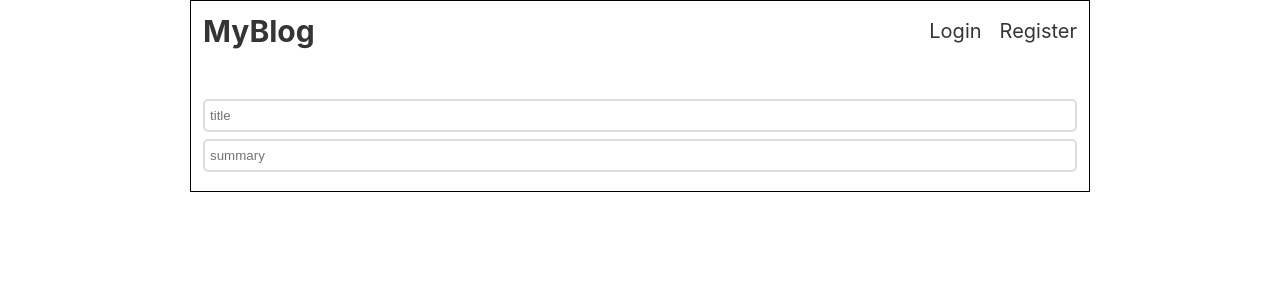
Repository: ateeque-219/BlogApp
Page: /create (app in blogapp/)
An editor plug-in stored every save of this project. The page is shown before and after a run of saves, followed by the edit.
The browser window is 1280 px wide. The pictures show the whole page.
The page's requests for data from a server got no answer. The project was rebuilt for these pictures with package versions that can differ from the ones it lists, and the page was loaded fresh each time. No one was signed in, and anything a server would have sent is missing. Also part of the build but not shown: blogapp/src/Post.js, blogapp/src/pages/Indexpage.js, blogapp/src/pages/LoginPage.js, blogapp/src/pages/RegisterPage.js.

Above is the page before, as saved 2024-01-14 22:18:39.

### blogapp/src/index.js
import React from 'react';
import ReactDOM from 'react-dom/client';
import './index.css';
import App from './App';
import  { BrowserRouter } from "react-router-dom";

const root = ReactDOM.createRoot(document.getElementById('root'));
root.render(
  <React.StrictMode>
   <BrowserRouter>
   <App />
   </BrowserRouter>
  </React.StrictMode>
);

### blogapp/src/App.js

import { Route, Routes } from 'react-router';
import './App.css';
import Layoutt from './Layoutt';
import Indexpage from './pages/Indexpage';
import LoginPage from './pages/LoginPage';
import RegisterPage from './pages/RegisterPage';
import { UserContextProvider } from './UserContext';
import CreatePost from './pages/CreatePost';
function App() {
  return (
    <UserContextProvider>
      <Routes>
      <Route path="/" element={<Layoutt />}>
        <Route index element={<Indexpage />} />
        <Route path="/login" element={<LoginPage/>} />
        <Route path ="/register" element={<RegisterPage/>}/>
        <Route path ="/create" element={<CreatePost />}></Route>
      </Route>
    </Routes>
    </UserContextProvider>

  );
}

export default App;

### blogapp/src/App.css
*{
  box-sizing: border-box;
}
body{
  color: #353535;
}
img{
  max-width: 100%;
}
main{
  padding: 12px;
  max-width: 900px;
  margin:0 auto ;
  border: 1px solid black;
}
header{
 display: flex;
 justify-content: space-between;
 margin-bottom: 50px;
 align-items: center;
}
header a{
  text-decoration: none;
  color: inherit;
  font-size: 20px;
}
header a.logo{
  font-weight: bolder;
  font-size: 30px;
}
header nav{
  display: flex;
  gap: 18px;
}
div.post{
  display: flex;
  gap: 22px;
   margin-bottom: 44px;
}
div.texts{
  margin: 0;
  padding: 0;
}

.texts h2 {
  margin: 0;
}

.image {
  margin-top: 18px;
  width: 600px;
}
div.post p.info{
  margin: 5px 0;
  display: flex;
  gap: 5px;
  font-weight: bold;
  color: #888;
  font-size: 1rem;

}
div.post p.info a.author{
  color: #333;
}
div.post p.summary{
  margin:4px 0;
  line-height: 1.5rem;
}
form.login , form.register{
max-width: 450px;
  margin: 0 auto;
}
input{
 width: 100%;
 display: block;
 margin-bottom: 7px;
 padding: 7px 5px;
 background-color:#fff;
 border: 2.5px solid #ddd;
 border-radius: 5px;

}
button{
  width: 100%;
  display: block;
 margin-bottom: 7px;
 padding: 7px;
  background-color: rgb(32, 30, 30);
 border-radius: 5px;
 color: white;
}

.title{
  text-align: center;
}

### blogapp/src/Layoutt.js
import React from 'react'
import Head from './Head'
import { Outlet } from 'react-router-dom'
const Layoutt = () => {
  return (
    <main>
      <Head></Head>
      <Outlet/>
    </main>
  )
}

export default Layoutt

### blogapp/src/UserContext.js
import { createContext, useState } from 'react';
export const UserContext = createContext({});

export function UserContextProvider({ children }) {
  const [userinfo, setuserinfo] = useState({});

  return (
    <UserContext.Provider value={{ userinfo, setuserinfo }}>
      {children}
    </UserContext.Provider>
  );
}

### blogapp/src/pages/CreatePost.js
import React from 'react'

const CreatePost = () => {
  return (
    <form>
        <input type ="title" placeholder='title'/>
        <input type = 'summary' placeholder='summary' />
    </form>
  );
}

export default CreatePost

### blogapp/src/Head.js
import React, { useContext, useEffect, useState } from 'react'
import { Link } from 'react-router-dom';
import { UserContext } from './UserContext';
const Head = () => {
  // const ctx = useContext(UserContext);
  // const [userinfo,setuserinfo] = useState(ctx);
  const {setuserinfo , userinfo} = useContext(UserContext);
  useEffect(() => {
    fetch('http://localhost:4000/profile', {
      credentials: 'include',
    })
      .then(response => {
         return response.json();
      })
      .then(profileInfo => {
        console.log(profileInfo)
        setuserinfo(profileInfo);
      })
      .catch(error => {
        throw(error);
      });
  }, []);


function logout(){
   fetch('http://localhost:4000/logout',{
    credentials : 'include' ,
    method:'POST',
  });
  setuserinfo(null);
}

const username = userinfo?.username;
console.log('dasda',userinfo?.username);
  return (
    <div><header>
    <Link to="/" className="logo">MyBlog</Link>
    <nav>
      {username && (
        <>
        {console.log('3343')}
        <Link to ="create">create</Link>
        <a onClick={logout}>logout</a>
        </>
      )}
      {!username && (
        <>
        {console.log('3343')}
         <Link to="/login">Login</Link>
       <Link to="/register">Register</Link>
        </>
      )}
    </nav>
  </header></div>
  );
}
export default Head;

Loaded but not shown: blogapp/public/index.html (common file); blogapp/src/index.css (common file)

After the next 5 saves:
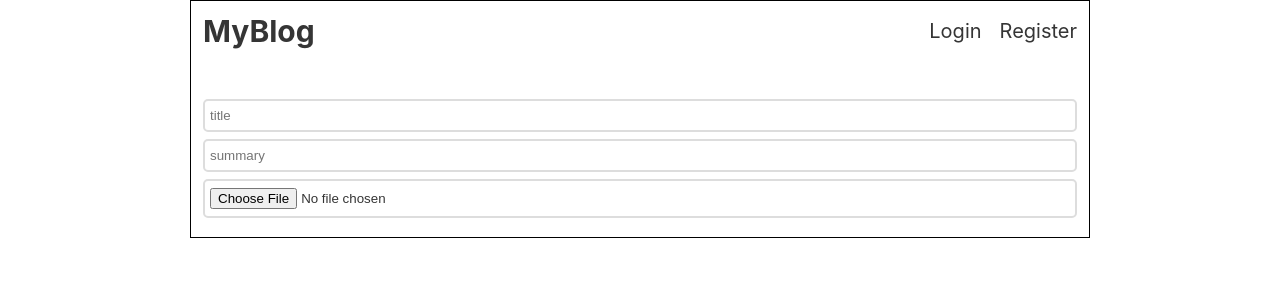
The 5 saves are shown as one change because they came seconds apart.
The last was saved 13 s later.
--- a/blogapp/src/pages/CreatePost.js
+++ b/blogapp/src/pages/CreatePost.js
@@ -5,6 +5,7 @@ const CreatePost = () => {
     <form>
         <input type ="title" placeholder='title'/>
         <input type = 'summary' placeholder='summary' />
+        <input type = 'file' />
     </form>
   );
 }
